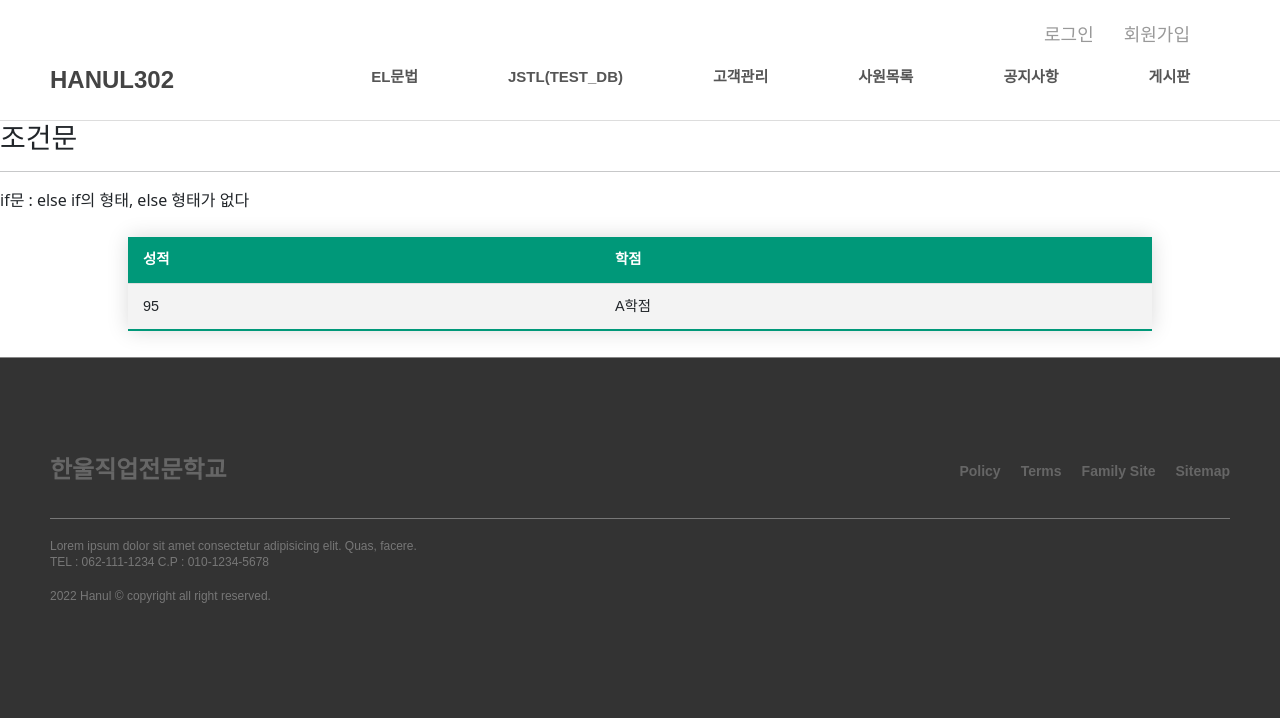
Repository: Xeyeong/servlet
Page: http://localhost/05.MiniProject/el/control.jsp
An editor plug-in stored every save of this project. The page is shown before and after the next save, followed by the edit.
The browser window is 1280 px wide. The pictures show the whole page.
Some web libraries are served in a nearby version. The page is served by Tomcat 9.

Above is the page before, as saved 2022-09-22 00:57:46.

After the next save:
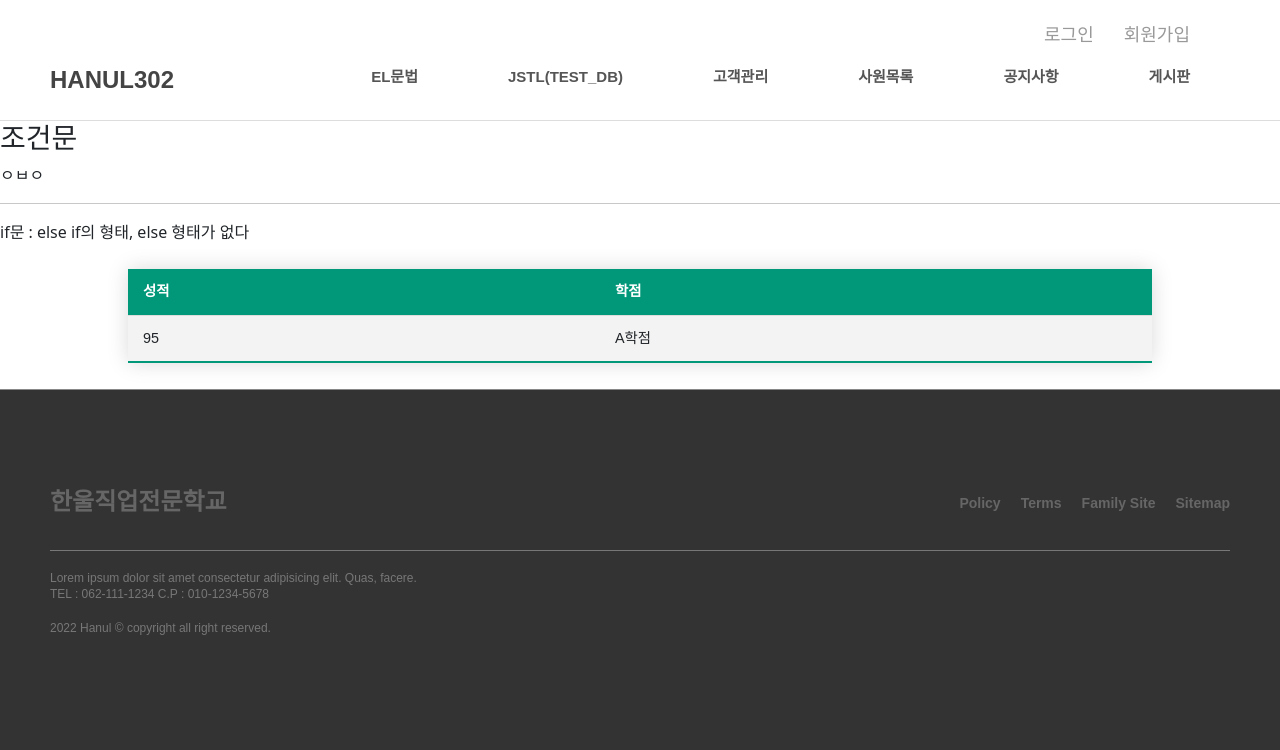
Saved 18 s later.
--- a/05.MiniProject/src/main/webapp/el/control.jsp
+++ b/05.MiniProject/src/main/webapp/el/control.jsp
@@ -9,10 +9,12 @@
 </head>
 <body>
 	<jsp:include page="/include/header.jsp" />
+
 	<h3>조건문</h3>
+	<div>ㅇㅂㅇ</div>
+
 	<hr />
-
-	<div>if문 : else if의 형태, else 형태가 없다</div>
+		<div>if문 : else if의 형태, else 형태가 없다</div>
 	<c:set var="score" value="95" />
 	<!--
 	<c:if test="${score ge 90 }">

After the save that followed:
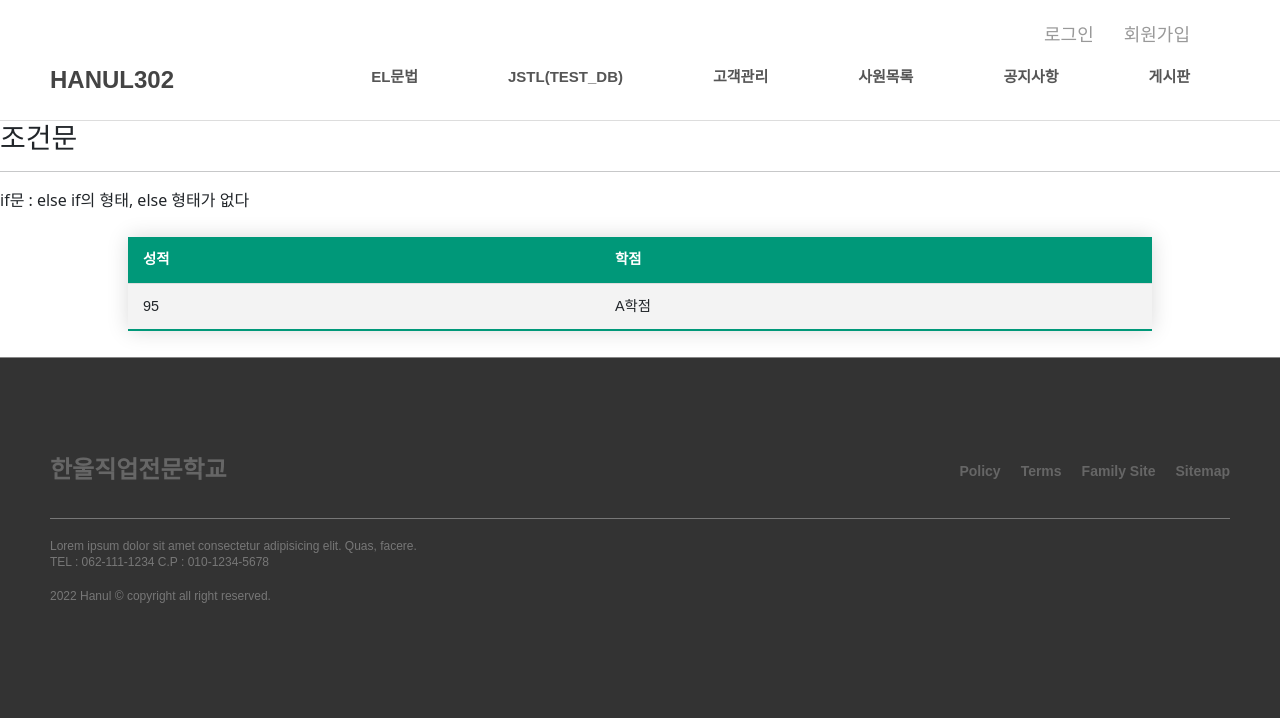
Saved 6 s later.
--- a/05.MiniProject/src/main/webapp/el/control.jsp
+++ b/05.MiniProject/src/main/webapp/el/control.jsp
@@ -11,7 +11,7 @@
 	<jsp:include page="/include/header.jsp" />
 
 	<h3>조건문</h3>
-	<div>ㅇㅂㅇ</div>
+	<div></div>
 
 	<hr />
 		<div>if문 : else if의 형태, else 형태가 없다</div>
